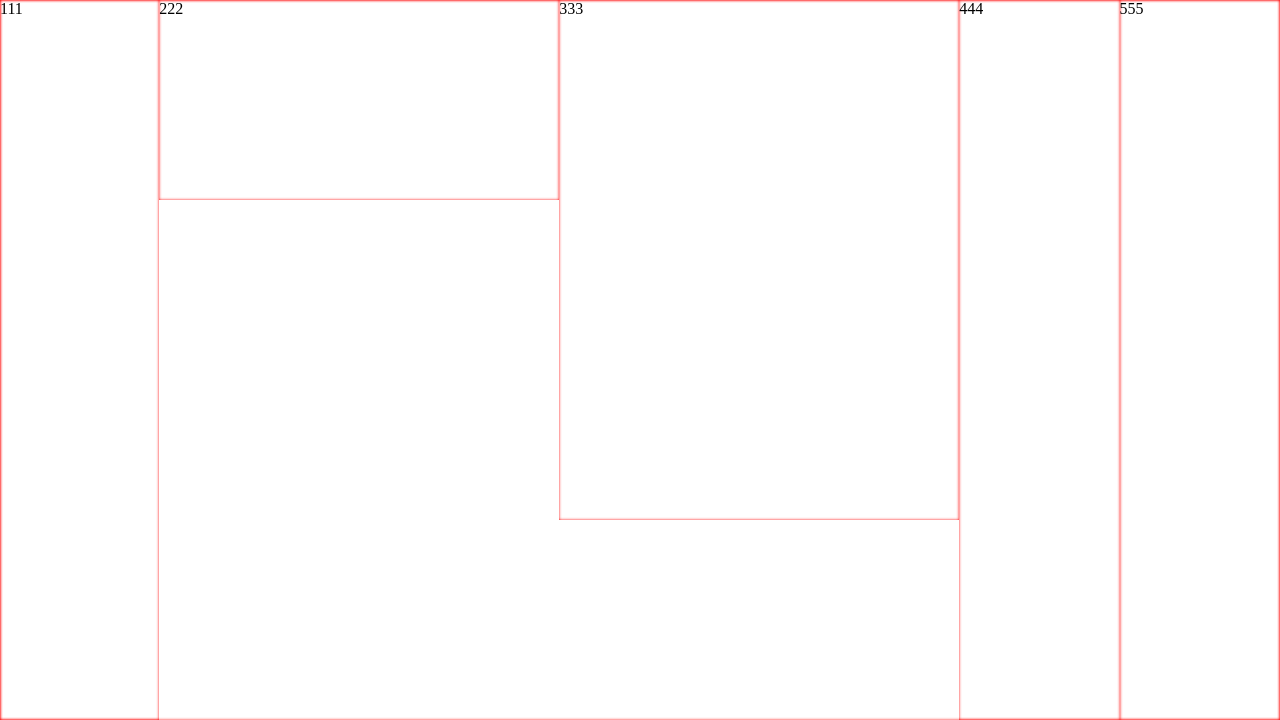
Repository: Joamg/Joamg.github.io
Page: miao/oald-layout-flex.html
These files come from the project's save history. The page is drawn as it stood at one moment and after the next save; the edit follows.
The browser window is 1280 px wide. The pictures show the whole page.

Above is the page before, as saved 2021-05-27 20:22:38.

### miao/oald-layout-flex.html
<!DOCTYPE html>
<html lang="en">
<head>
  <meta charset="UTF-8">
  <meta http-equiv="X-UA-Compatible" content="IE=edge">
  <meta name="viewport" content="width=device-width, initial-scale=1.0">
  <title>Document</title>

  <style>
  * {
    height: 100%;
    margin: 0;
  }
  body {
    box-shadow: inset  0 0 3px red;
  }
  section {
    display: flex;
  }
  div {
    display: flex;
    box-shadow: inset  0 0 3px red;
  }
  [a], [e], [d]{
    flex-grow: 1;
  }
  .er {
    flex-wrap: wrap;
  }
  [b], [c] {
    width: 400px;
  }
  [b] {
    height: 200px;
  }
  [c] {
    height: calc(100% - 200px);
  }
  </style>
</head>
<body>
  <section>
    <div a>111</div>
    <section class="er">
      <div b>222</div>
      <div c>333</div>
    </section>
    <div d>444</div>
    <div e>555</div>
  </section>

</body>
</html>

After the next save:
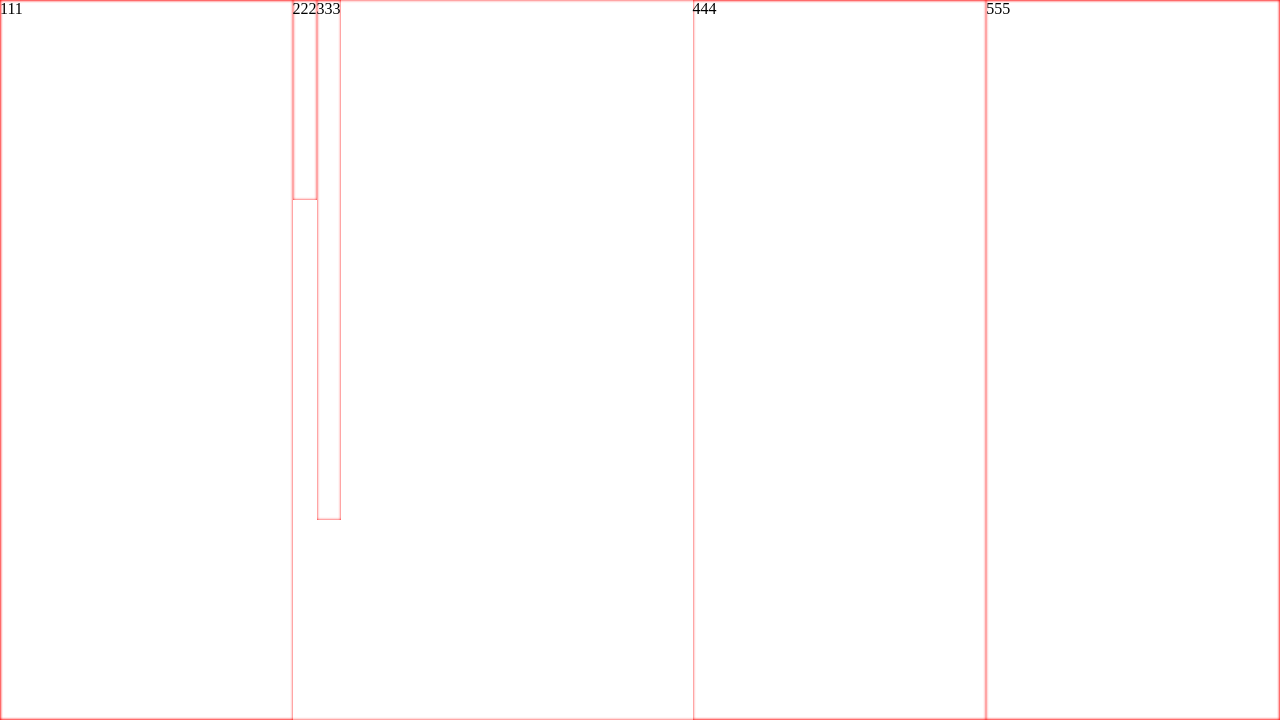
Saved 6 s later.
--- a/miao/oald-layout-flex.html
+++ b/miao/oald-layout-flex.html
@@ -26,9 +26,10 @@
   }
   .er {
     flex-wrap: wrap;
+    width: 400px;
+
   }
   [b], [c] {
-    width: 400px;
   }
   [b] {
     height: 200px;
